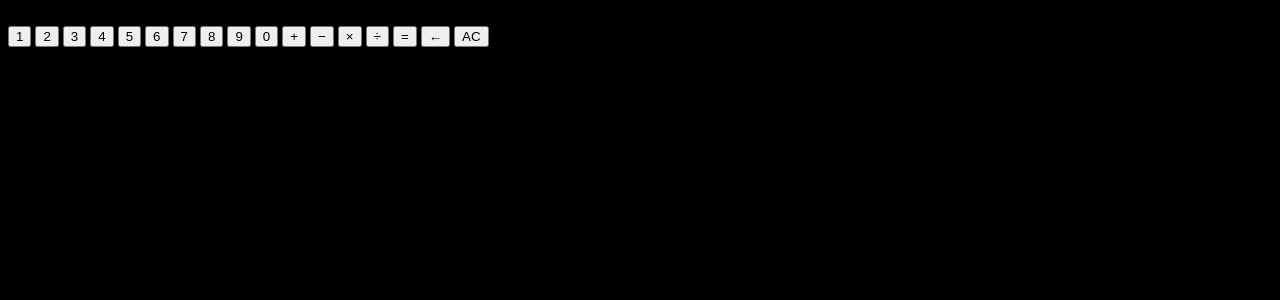
Repository: KaylaDamons/LAB-calculator
Page: index.html
These files come from the project's save history. The page is drawn as it stood at one moment and after the next save; the edit follows.
The browser window is 1280 px wide. The pictures show the whole page.

Above is the page before, as saved 2024-01-13 13:05:11.

### index.html
<!DOCTYPE html>
<html lang="en">
<head>
  <meta charset="UTF-8">
  <meta name="viewport" content="width=device-width, initial-scale=1.0">
  <title>Calculator</title>
</head>
<body>
  <div class="wrapper">
    <div>total bar</div>
    <button class="button">1</button>
    <button class="button">2</button>
    <button class="button">3</button>
    <button class="button">4</button>
    <button class="button">5</button>
    <button class="button">6</button>
    <button class="button">7</button>
    <button class="button">8</button>
    <button class="button">9</button>
    <button class="button">0</button>
    <button class="button">&#43</button>
    <button class="button">&#8722</button>
    <button class="button">&#215</button>
    <button class="button">&#247</button>
    <button class="button">&#61</button>
    <button class="button">&#8592</button>
    <button class="button">AC</button>

  </div>



  <link rel="stylesheet" href="main.css">
</body>
<script src="main.js"></script>
</html>

### main.css
body {
  background-color:black
}

### main.js
console.log("calculator");

After the next save:
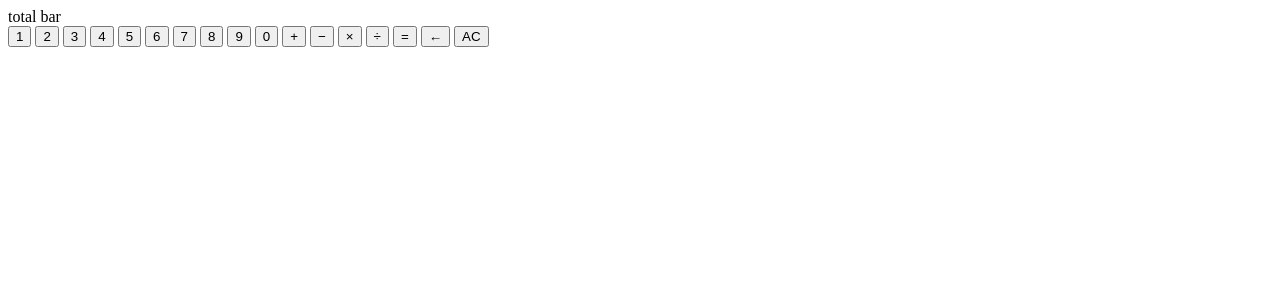
Saved 29 min 32 s later.
--- a/main.css
+++ b/main.css
@@ -1,3 +1,6 @@
 body {
-  background-color:black
 }
+
+.wrapper {
+
+}
